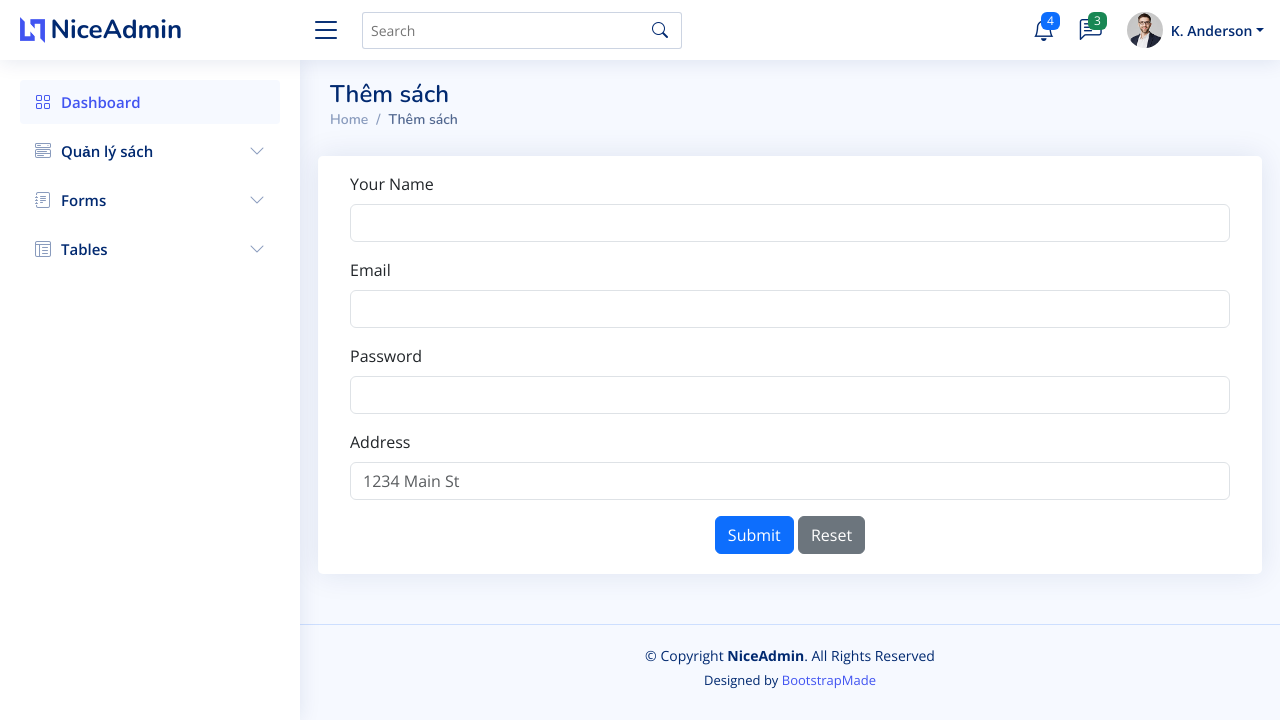
Repository: Hoainam7895123/library_manager
Page: http://localhost/library_manager/addBook.jsp
The author's editor kept a copy of each file at every save. The page is drawn from the files as they stood at one save, then again after the next save.
The browser window is 1280 px wide. The pictures show the whole page.
The page is served by Tomcat 9.

Above is the page before, as saved 2024-06-06 01:11:10.

After the next save:
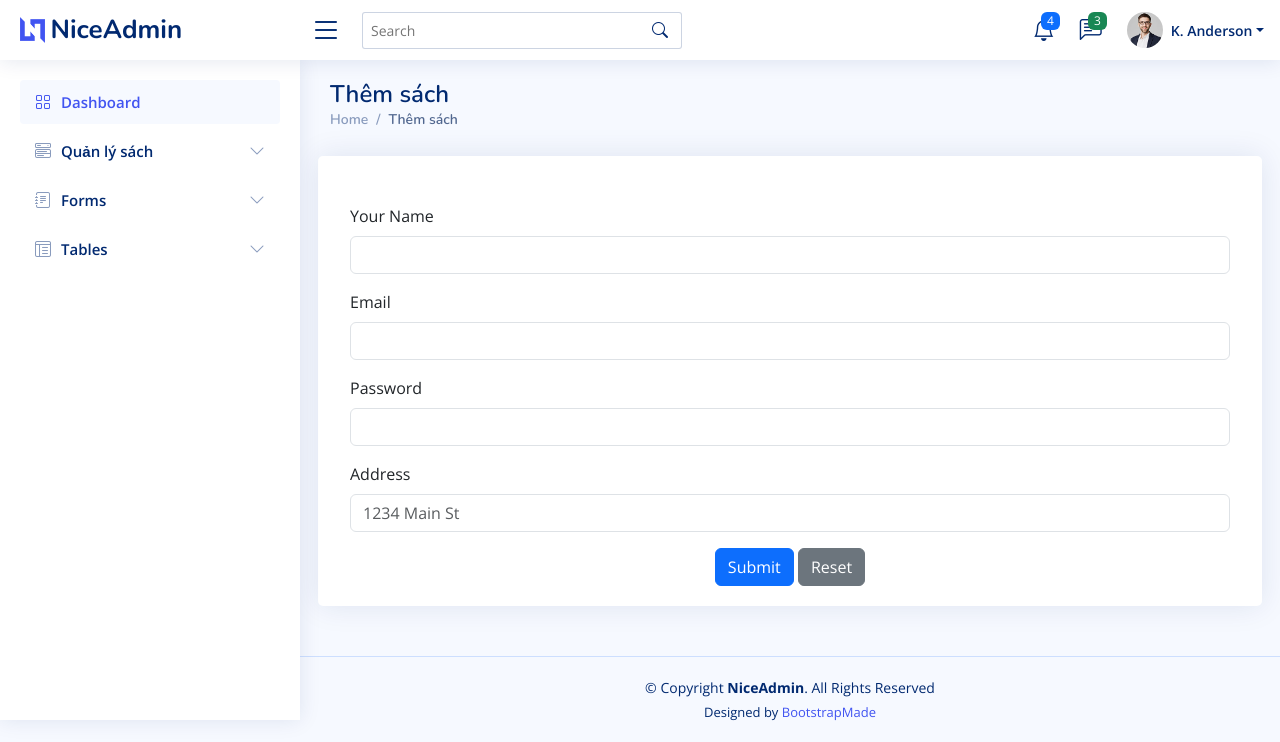
Saved 5 s later.
--- a/library_manager/src/main/webapp/addBook.jsp
+++ b/library_manager/src/main/webapp/addBook.jsp
@@ -355,7 +355,7 @@
 					<div class="card-body">
 						<!-- Vertical Form -->
 						<form class="row g-3">
-							<div class="col-12 pt-3">
+							<div class="col-12 pt-5">
 								<label for="inputNanme4" class="form-label">Your Name</label> <input
 									type="text" class="form-control" id="inputNanme4">
 							</div>
